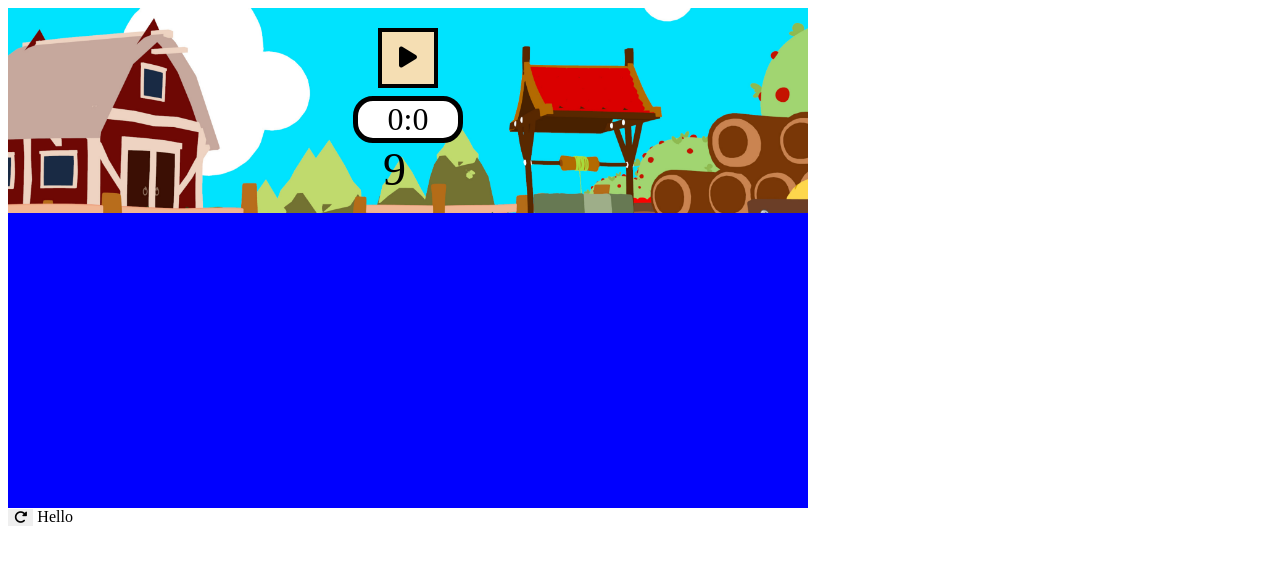
Repository: yoon-dh/JS_Prac
Page: carrot_game/index.html
The author's editor kept a copy of each file at every save. The page is drawn from the files as they stood at one save, then again after the next save.
The browser window is 1280 px wide. The pictures show the whole page.
Some web libraries are served in a nearby version.

Above is the page before, as saved 2023-06-23 21:49:35.

### carrot_game/index.html
<!DOCTYPE html>
<html lang="en">
  <head>
    <meta charset="UTF-8" />
    <meta http-equiv="X-UA-Compatible" content="IE=edge" />
    <meta name="viewport" content="width=device-width, initial-scale=1.0" />
    <link rel="stylesheet" href="style.css" />
    <script src="main.js"></script>
    <script
      src="https://kit.fontawesome.com/c0bdee06fd.js"
      crossorigin="anonymous"
    ></script>
    <link
      href="https://cdnjs.cloudflare.com/ajax/libs/font-awesome/6.4.0/css/all.min.css"
      rel="stylesheet"
    />
    <title>Carrot Game</title>
  </head>
  <body>
    <section class="game">
      <header class="game__header">
        <button class="game__button">
          <i class="fa-solid fa-play"></i>
        </button>
        <span class="game__tiemr">0:0</span>
        <span class="game__score">9</span>
      </header>
      <section class="game__field"></section>
    </section>
    <section class="pop-up">
      <button class="pop-up__refresh">
        <i class="fas fa-regular fa-rotate-right"></i>
      </button>
      <span class="pop-up__message">Hello</span>
    </section>
  </body>
</html>

### carrot_game/style.css
button {
  border: none;
  outline: none;
  cursor: pointer;
}

.game {
  width: 800px;
  height: 500px;
  background: url(img/background.png) center/cover;
  display: flex;
  flex-direction: column;
}

.game__header {
  display: flex;
  flex-direction: column;
  padding: 20px;
  align-items: center;
}

.game__button {
  width: 60px;
  height: 60px;
  background-color: wheat;
  border: 4px solid black;
  font-size: 24px;
  transition: transform 300ms ease-in;
}

.game__button:hover {
  transform: scale(1.1);
}

.game__tiemr {
  width: 100px;
  background-color: white;
  text-align: center;
  border: 5px solid black;
  font-size: 32px;
  margin-top: 8px;
  border-radius: 20px;
}

.game__score {
  width: 50px;
  height: 50px;
  font-size: 46px;
}

.game__field {
  width: 100%;
  height: 100%;
  background-color: blue;
}

Loaded but not shown: carrot_game/main.js (no stored copy; drawn as an empty file)

After the next save:
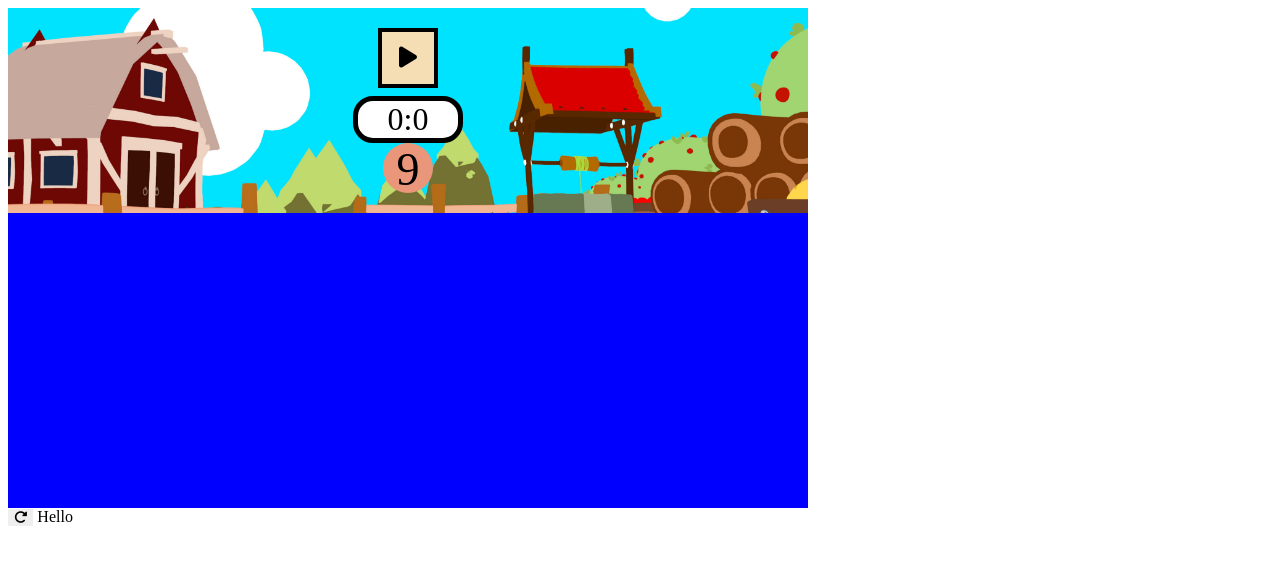
Saved 25 s later.
--- a/carrot_game/style.css
+++ b/carrot_game/style.css
@@ -46,6 +46,9 @@ button {
   width: 50px;
   height: 50px;
   font-size: 46px;
+  background-color: darksalmon;
+  border-radius: 50%;
+  text-align: center;
 }
 
 .game__field {
